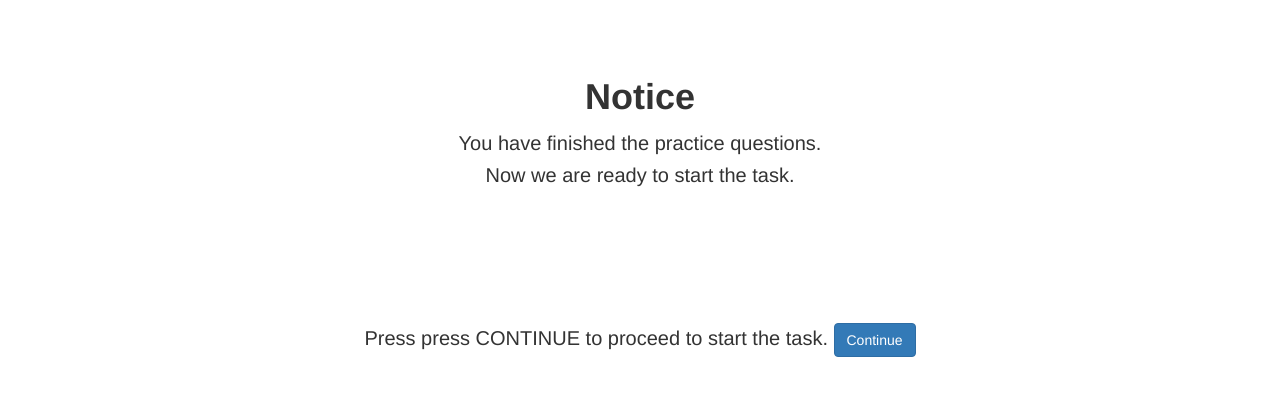
Repository: zmikaya/behavecon
Page: templates/group/Category3Dams_p10.html
The author's editor kept a record of every edit. The page is drawn from the files as they stood at one moment, then again after the next edit.
The browser window is 1280 px wide. The pictures show the whole page.
The template is drawn by Django 2.2. The application's start-up code is not run. The template is opened directly, without the code that normally fills it, so the values that code supplies are empty.

Above is the page before.
Console error: TypeError: Cannot read properties of null (reading 'getAttribute')

After the next edit:
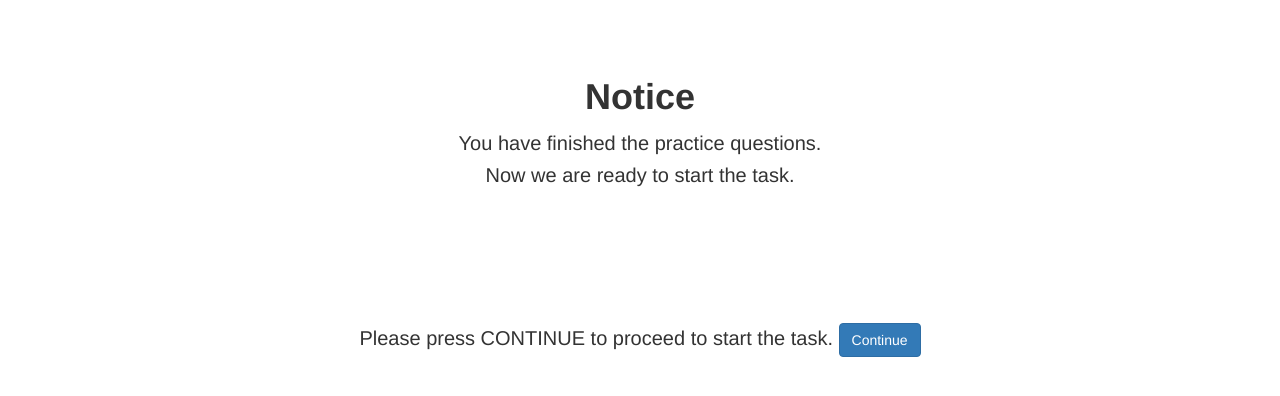
The edit:
--- a/templates/group/Category3Dams_p10.html
+++ b/templates/group/Category3Dams_p10.html
@@ -12,7 +12,7 @@
                         Now we are ready to start the task.
                     </p>
                     <div>
-                        <p class="inline continue">Press press CONTINUE to proceed to start the task.</p>
+                        <p class="inline continue">Please press CONTINUE to proceed to start the task.</p>
                         <!--<button type="button" class="btn btn-primary next" onclick="ajaxGetPage('p11')">Continue</button>-->
                         <a class="btn btn-primary next" href="/Category3Dams/p11">Continue</a>
                     </div>
